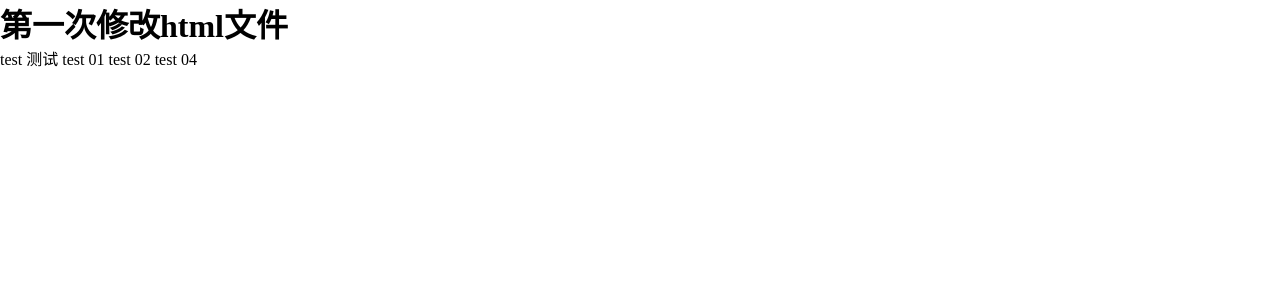
Repository: YYL-1120/project
Page: project02/login/login.html
The author's editor kept a copy of each file at every save. The page is drawn from the files as they stood at one save, then again after a run of saves.
The browser window is 1280 px wide. The pictures show the whole page.

Above is the page before, as saved 2020-09-27 16:22:27.

After the next 2 saves:
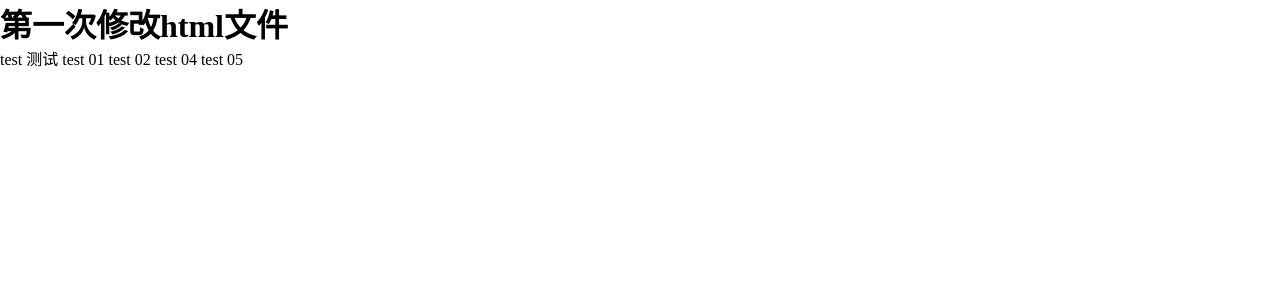
The 2 saves are shown as one change because they came seconds apart.
The last was saved 24 s later.
--- a/project02/login/login.html
+++ b/project02/login/login.html
@@ -15,6 +15,7 @@
     <span>test 01</span>
     <span>test 02</span>
     <span>test 04</span>
+    <span>test 05</span>
 
 </body>
 
